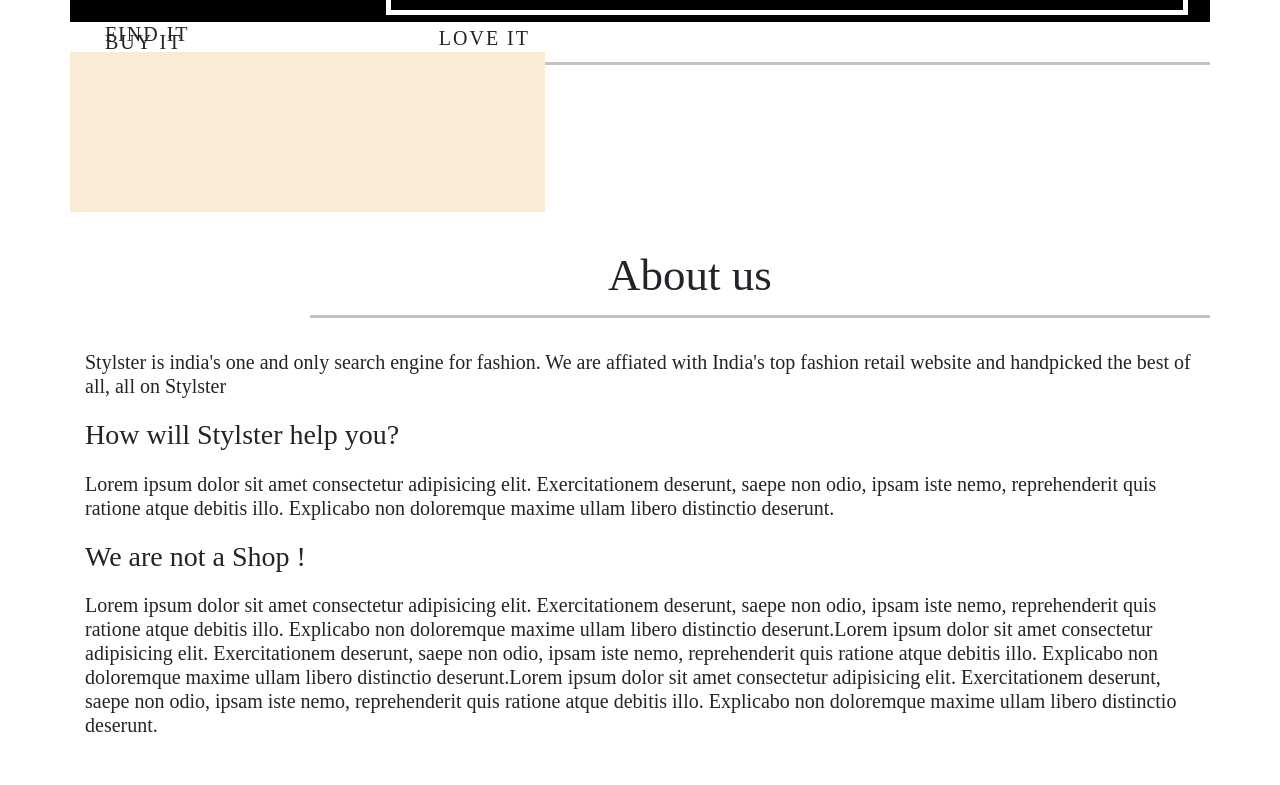
Repository: Lovekr/stylester
Page: stylster_frontend_design/about.html
The author's editor kept a copy of each file at every save. The page is drawn from the files as they stood at one save, then again after the next save.
The browser window is 1280 px wide. The pictures show the part of the page from y = 1644 to 2429 px (the page is 3820 px tall).
Pictures or frames that could not be fetched are drawn as grey boxes. Some web fonts or font styles are not loaded; a fallback is used.

Above is the page before, as saved 2020-03-04 14:58:45.

After the next save:
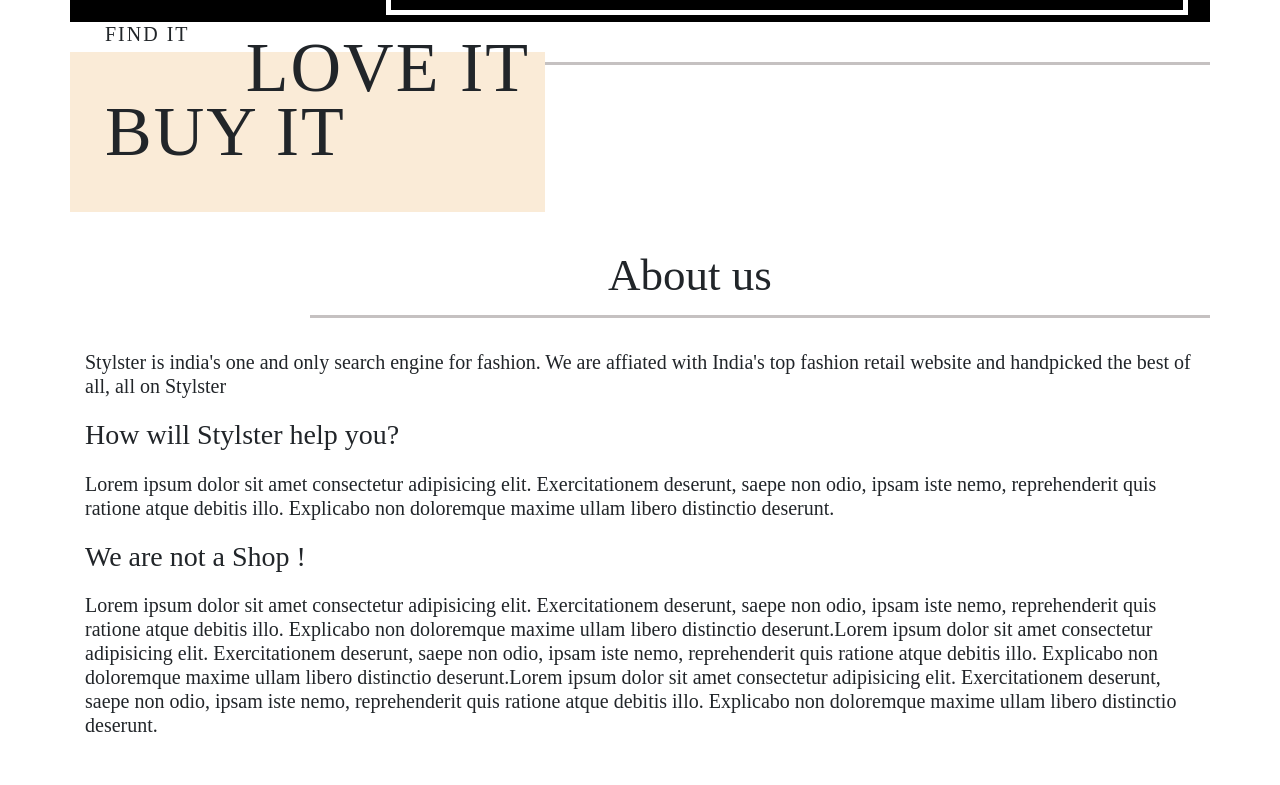
Saved 19 s later.
--- a/stylster_frontend_design/css/about.css
+++ b/stylster_frontend_design/css/about.css
@@ -674,10 +674,10 @@
  .find .fonth1 {
     font-size: 20px;
 }
-.find .fontmid {
+/* .find .fontmid {
     font-size: 20px;
 }
 .find .fontlast {
     font-size: 20px;
 
-}
+} */
